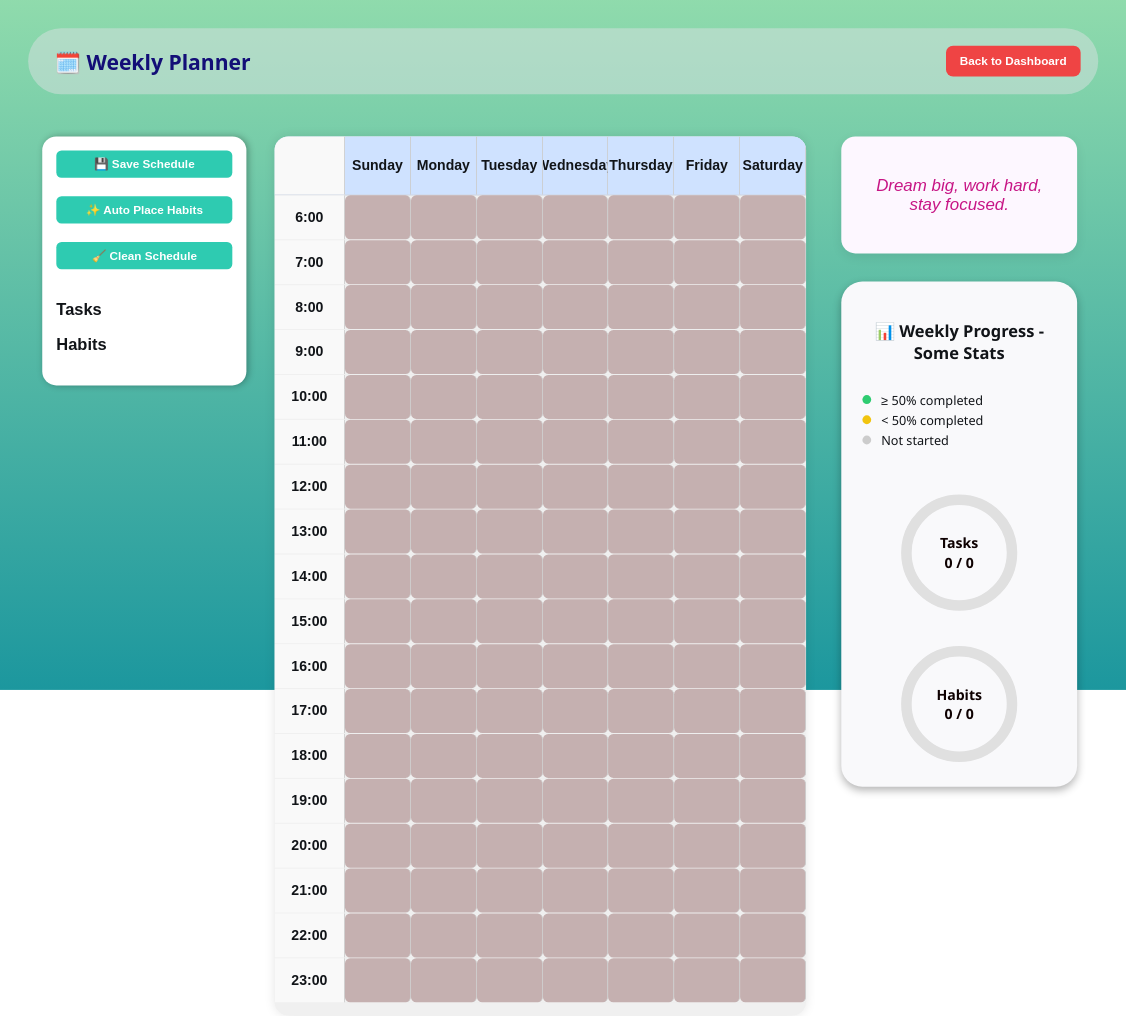
Repository: RachelB9913/smart-task-and-habit-tracker
Page: /schedule
The author's editor kept a copy of each file at every save. The page is drawn from the files as they stood at one save, then again after the next save.
The browser window is 1280 px wide. The pictures show the whole page, at 88% of full size.
The project was rebuilt for these pictures with package versions that can differ from the ones it lists, and the page was loaded fresh each time. Also part of the build but not shown: src/components/PageWrapper.js, src/components/welcome.js, src/services/api.js, src/components/Login.js, src/components/Register.js, src/components/DashBoard.js.

Above is the page before, as saved 2025-06-29 21:03:18.

### src/App.js
import { BrowserRouter as Router, Routes, Route } from 'react-router-dom';
import Welcome from './components/welcome';
import Login from './components/Login';
import Register from './components/Register';
import Dashboard from './components/DashBoard';
import SchedulePlanner from './components/SchedulePlanner';


function App() {
  return (
    <Router>
      <Routes>
        <Route path="/" element={<Welcome />} />
        <Route path="/login" element={<Login />} />
        <Route path="/register" element={<Register />} />
        <Route path="/dashboard" element={<Dashboard />} />
        <Route path="/schedule" element={<SchedulePlanner />} />
      </Routes>
    </Router>
  );
}

export default App;

### src/App.css
html, body, #root {
  height: 100%;
  margin: 0;
  padding: 0;
  box-sizing: border-box;
}

form input {
  width: 100%;
  padding: 0.75rem;
  margin-bottom: 1rem;
  border: 1px solid #ddd;
  border-radius: 0.5rem;
  font-size: 1rem;
  transition: border-color 0.2s;
}

form input:focus {
  border-color: #6366f1; /* Indigo */
  outline: none;
}

form button,
.form-container button {
  width: 100%;
  padding: 0.75rem;
  font-size: 1rem;
  color: white;
  background-color: #6d6ed0; /* Indigo */
  border: none;
  border-radius: 0.5rem;
  cursor: pointer;
  transition: background-color 0.2s;
}

form button:hover,
.form-container button:hover {
  background-color: #4f46e5; /* Darker Indigo */
}

.form-container {
  max-width: 400px;
  margin: 100px auto;
  padding: 2rem;
  background-color: white;
  border-radius: 1rem;
  box-shadow: 0 8px 20px rgba(0, 0, 0, 0.1);
  text-align: center;
}

h2 {
  margin-bottom: 1.5rem;
  color: #130e77;
  font-size: 2rem;
  font-weight: 500;

}

.welcome-root {
  font-family: 'Manrope', 'Noto Sans', sans-serif;
  background: linear-gradient(to bottom, hsl(143, 51%, 71%), #1c979e);
  color: #111418;
  min-height: 100vh;
  display: flex;
  flex-direction: column;
}

.welcome-header {
  display: flex;
  justify-content: space-between;
  align-items: center;
  padding: 0rem 2rem;
  border-bottom: 1px solid #030f21;
  background-color: rgb(255, 255, 255);
}

.logo-area {
  display: flex;
  align-items: center;
  gap: 0.5rem;
}

.nav-links, .nav-actions {
  display: flex;
  gap: 1rem;
  align-items: center;
}

.nav-links a, .footer a {
  text-decoration: none;
  font-weight: 500;
  color: #111418;
}

.nav-actions button {
  padding: 0.5rem 1rem;
  border-radius: 8px;
  border: none;
  font-weight: bold;
  cursor: pointer;
}

/* top buttons */
.nav-actions button:first-child {
  background: #0c7ff2;
  color: white;
}

.nav-actions button:first-child:hover {
  background: #0361bf; /* new hover color */
  color: #e3e3e3;      /* optional: change text color on hover */
}

.nav-actions button:last-child {
  background: #f0f2f5;
  color: #111418;
}

.nav-actions button:last-child:hover {
  background: #b5b8bd; /* new hover color */
  color: #0c7ff2;      /* optional: change text color on hover */
}

.welcome-hero {
  background: transparent;
  padding: 3rem 2rem;
  text-align: center;
  color: rgb(1, 0, 9);
}

.welcome-hero h1 {
  font-size: 2.5rem;
  font-weight: 800;
}

.hero-actions {
  margin-top: 2rem;
  display: flex;
  justify-content: center;
  gap: 1rem;
}

.hero-actions button {
  padding: 0.75rem 1.5rem;
  font-weight: bold;
  border-radius: 8px;
  border: none;
  cursor: pointer;
}

/* center buttons */
.hero-actions button:first-child {
  background-color: #0c7ff2;
  color: white;
}

.hero-actions button:first-child:hover {
  background-color: #0c7ff2;
  color: white;
  border: #0d1101 1px solid;
}

.hero-actions button:last-child {
  background-color: #f0f2f5;
  color: #111418;
}

.hero-actions button:last-child:hover {
  background-color: #f0f2f5;
  color: #111418;
  border: #0d1101 1px solid;
}

.features {
  padding: 3rem 2rem;
  text-align: center;
}

.feature-cards {
  display: flex;
  gap: 1rem;
  flex-wrap: wrap;
  justify-content: center;
  margin-top: 2rem;
}

.feature-card {
  background: white;
  padding: 1.5rem;
  border-radius: 12px;
  border: 1px solid #052246;
  max-width: 300px;
  text-align: left;
  text-align: center;
  box-shadow: 0 4px 10px rgba(0, 0, 0, 0.5);

}

.footer {
  text-align: center;
  padding: 2rem;
  font-size: 1.1rem;
  color: #0d1101;
}

.register-background {
  background: linear-gradient(to left top, hsl(143, 51%, 71%), #1c979e);
  min-height: 100vh;
  display: flex;
  align-items: center;
  justify-content: center;
}

.login-background {
  background: linear-gradient(to right bottom, hsl(143, 51%, 71%), #1c979e);
  min-height: 100vh;
  display: flex;
  align-items: center;
  justify-content: center;
}

### src/components/Auth.css
.auth-container {
  max-width: 400px;
  margin: 60px auto;
  padding: 2rem;
  background-color: #f8f9fa;
  border-radius: 12px;
  box-shadow: 0 2px 10px rgba(0, 0, 0, 0.1);
}

.auth-form {
  display: flex;
  flex-direction: column;
  gap: 1rem;
}

.auth-form input {
  padding: 0.75rem;
  border-radius: 8px;
  border: 1px solid #ccc;
  font-size: 1rem;
}

.auth-form button {
  padding: 0.75rem;
  background-color: #007bff;
  color: white;
  border: none;
  border-radius: 8px;
  font-size: 1rem;
  cursor: pointer;
}

.auth-form button:hover {
  background-color: #0056b3;
}


.dashboard-header {
  display: flex;
  justify-content: flex-end;
  padding: 20px;
}

.dashboard-header button {
  padding: 10px 16px;
  background-color: #ef4444; /* red */
  color: white;
  border: none;
  border-radius: 8px;
  font-weight: bold;
  cursor: pointer;
}

.dashboard-header button:hover {
  background-color: #ad2626;
}

.button-group {
  display: flex;
  flex-direction: column;
  gap: 10px; /* Adjust the space between buttons */
}

### src/Dashboard.css
/* Dashboard.css */

.dashboard-container {
  font-family: 'Manrope', 'Noto Sans', sans-serif;
  min-height: 100vh;
  padding: 2rem;
  transition: background-color 0.3s ease;
  color: #111418;
}

.dashboard-container.light {
  background: linear-gradient(to bottom, hsl(143, 51%, 71%), #1c979e);
}

.dashboard-header {
  display: flex;
  justify-content: space-between;
  align-items: center;
  padding: 20px;
  background-color: rgba(218, 226, 226, 0.5);
  color: #031d3e;
  border-radius: 3rem;
  margin-bottom: 2rem;
}

.header-left {
  display: flex;
  align-items: center;
  justify-content: flex-start;
  flex: 1; /* allows the left side to take up space */
}

.header-left h2 {
  margin: 0;
  padding-left: 10px;
  font-weight: 700;
  font-size: 1.5rem;
}

.toggle-button,
.bg-toggle {
  padding: 0.6rem 1.2rem;
  font-weight: bold;
  border-radius: 8px;
  border: none;
  cursor: pointer;
  font-size: 1rem;
  background-color: #0c7ff2;
  color: white;
  transition: background-color 0.2s ease;
}

.toggle-button:hover,
.bg-toggle:hover {
  background-color: #035fd0;
}

.add-button {
  width: 30px;
  height: 30px;
  border-radius: 50%;
  font-size: 20px;
  background-color: hsl(211, 69%, 59%);
  color: white;
  border: none;
  cursor: pointer;
  transition: background-color 0.3s ease;
}

.add-button:hover {
  background-color: #0056b3;
}

.toggle-button {
  display: block;
  margin: 1rem auto;
}

.task-section,
.habit-section {
  background-color: white;
  color: #111418;
  max-width: 650px;
  margin: 1rem auto;
  padding: 1rem 1.5rem;
  border-radius: 1rem;
  box-shadow: 0 6px 12px rgba(120, 8, 226, 0.1);
}

.task-section ul,
.habit-section ul {
  list-style-type: none;
  padding: 0;
}

.task-section li,
.habit-section li {
  padding: 0.5rem 0;
  border-bottom: 1px solid #ddd;
}

.task-section li:last-child,
.habit-section li:last-child {
  border-bottom: none;
}

h1 {
  text-align: center;
  font-size: 2rem;
  margin-bottom: 2rem;
  color: #031d3e;
  font-weight: 1000;
}

.logout-button {
  background-color: #e74c3c;
  color: white;
  border: none;
  padding: 8px 12px;
  border-radius: 5px;
  cursor: pointer;
}

.logout-button:hover {
  background-color: #c0392b;
}

.form-popup-overlay {
  position: fixed;
  top: 0;
  left: 0;
  height: 100vh;
  width: 100vw;
  background: rgba(0, 0, 0, 0.3);
  display: flex;
  align-items: center;
  justify-content: center;
  z-index: 999;
}

.form-popup {
  background: white;
  padding: 2rem;
  border-radius: 1rem;
  box-shadow: 0 0 20px rgba(0,0,0,0.2);
  display: flex;
  flex-direction: column;
  gap: 1rem;
  width: 300px;
}

.task-item {
  padding: 0.5rem 0;
  border-bottom: 1px solid #ddd;
}

.task-content {
  display: flex;
  align-items: flex-start;
}

.task-content input[type="checkbox"] {
  margin-top: 0.7rem;
  margin-left: 0.9rem;
  transform: scale(1.2);
  cursor: pointer;
}

.task-details {
  flex: 1;
  padding: 0.5rem 0.75rem; /* ← Add this for internal spacing */
  border-radius: 0.5rem;
}

.task-done {
  opacity: 0.5;
  text-decoration: line-through;
}

.task-item {
  background-color: white;
  margin-bottom: 0.5rem;
  border-radius: 0.5rem;
  box-shadow: 0 1px 3px rgba(0,0,0,0.1);
  transition: transform 0.2s ease;
}

.task-actions {
  display: flex;
  flex-direction: column;
  gap: 0.3rem;
}

.edit-button, .delete-button {
  background: none;
  border: black;
  border-radius: 0.5rem;
  cursor: pointer;
  font-size: 1rem;
  transition: color 0.2s;
}

.edit-button:hover {
  color: #0a58ca;
}

.delete-button:hover {
  color: #dc3545;
}

.task-section li strong,
.habit-section li strong {
  font-weight: 700;
  font-size: 1rem;
  color: #031d3e;
}

.task-section li em,
.habit-section li em {
  font-style: italic;
  color: #555;
}

.task-section li,
.habit-section li {
  font-family: 'Manrope', 'Noto Sans', sans-serif;
  font-size: 0.95rem;
  font-weight: lighter;
}

### src/components/SchedulePlanner.css
.stats-wrapper {
  display: flex;
  flex-direction: column;
  gap: 1.5rem;
  align-items: center;
  padding: 1rem;
}

.quote-panel {
  background-color: #fdf7ff;
  color: mediumvioletred;
  padding: 1.5rem;
  border-radius: 16px;
  text-align: center;
  box-shadow: 0 4px 12px rgba(0, 0, 0, 0.08);
  font-size: 1.2rem;
  font-style: italic;
  display: flex;
  justify-content: center;
  align-items: center;
  min-height: 85px;
  width: 100%;
  max-width: 220px;
}

.quote-panel:hover {
  color: #1f16cd;
}

.stats-wrapper .stats-panel {
  width: 100%;
  max-width: 220px;
}

.planner-container {
  display: flex;
  height: calc(100vh - 120px);
  font-family: 'Manrope', sans-serif;
}

.task-sidebar {
  flex-shrink: 0;
  width: 200px;
  background: white;
  padding: 1rem;
  box-shadow: 2px 0 8px rgba(0,0,0,0.3);
  border-radius: 1rem;
  margin: 1rem;
  height: fit-content;
}

.task-item {
  background: hsl(210, 34%, 76%);
  color: #031d3e;
  margin: 0.5rem 0;
  padding: 0.6rem;
  border-radius: 10px;
  font-weight: 600;
  box-shadow: 0 2px 4px rgba(0,0,0,0.1);
}

:root {
  --cell-height: 55.5px;
}

.calendar-grid {
  display: grid;
  grid-template-rows: repeat(var(--row-count), 1fr);
  height: calc(var(--row-count) * var(--cell-height));
  flex: 1;
  overflow: auto;
  margin: 1rem;
  border-radius: 1rem;
  background: rgb(240, 240, 240);
  box-shadow: 0 0 12px rgba(0, 0, 0, 0.1);
}


.grid-header {
  display: grid;
  grid-template-columns: 80px repeat(7, 1fr); /* hour + 7 days */
  background: #cfe2ff;
  font-weight: bold;
  border-bottom: 1px solid #ccc;
}

.grid-body .row {
  display: grid;
  grid-template-columns: 80px repeat(7, 1fr); /* same as above */
  border-bottom: 1px solid #eee;
}

.cell {
  padding: 0.5rem;
  border-right: 1px solid #ccc;
  overflow: hidden;
}

.hour-cell {
  display: flex;
  align-items: center;
  justify-content: center;
  background: #f9f9f9;
  font-weight: bold;
  border-right: 1px solid #ccc;
}

.time-slot {
  background-color: #c5b0b0;
  border-radius: 6px;
  height: 50px;
  display: flex;
  justify-content: center;
  align-items: center;
  padding: 0;
}

.time-slot:hover {
  background-color: #e7f5ff;
  cursor: pointer;
}

.day-cell {
  display: flex;
  align-items: center;
  justify-content: center;
  text-align: center;
  background: #cfe2ff;
  border-right: 1px solid #ccc;
  height: 50px;
  font-weight: 600;
}

.scheduled-task {
  background-color: #a8dadc;
  border: 1px solid #3dbd19;
  padding: 2px 6px;
  border-radius: 6px;
  font-weight: 500;
  font-size: 0.8rem;
  text-align: center;
  display: flexbox;
  justify-content: space-between;
  align-items: center;
  overflow: hidden;
  text-overflow: ellipsis;
}

.scheduled-task.habit-task {
  background-color: #a8dadc;
  border: 1px solid #7e2fbe;
  padding: 2px 5px;
  border-radius: 6px;
  font-weight: 500;
  font-size: 0.8rem;
  text-align: center;
  display: flexbox;
  justify-content: space-between;
  align-items: center;
  overflow: hidden;
  text-overflow: ellipsis;
}

.done-task {
  background-color: #90ee90 !important; /* light green for done tasks */
  border: 1px solid #3dbd19 !important;
}

.remove-btn {
  background: none;
  border: none;
  color: #d00000;
  font-size: 0.8rem;
  cursor: pointer;
  margin-left: 0rem;
  margin-right: 0.6rem;
}

.grayed-out {
  opacity: 0.5;
  pointer-events: none;
}

.save-button {
  margin-bottom: 1rem;
  padding: 0.5rem 1rem;
  background-color: #2ecbb1;
  color: white;
  border: none;
  border-radius: 6px;
  font-weight: bold;
  cursor: pointer;
  transition: background-color 0.2s ease;
}

.save-button:hover {
  background-color: #137969;
}

.save-button-container {
  display: flex;
  justify-content: center;
  margin-bottom: 1rem;
}

.mark-done-btn {
  background: none;
  border: none;
  color: green;
  font-size: 1rem;
  cursor: pointer;
}

.vertical-buttons {
  display: flex;
  flex-direction: column;
  gap: 5px;
}

.habit-icons {
  display: flex;
  gap: 4px;
}
.duplicate-btn {
  background: none;
  border: none;
  font-size: 1rem;
  cursor: pointer;
}

.modal-overlay {
  position: fixed;
  top: 0;
  left: 0;
  width: 100%;
  height: 100%;
  backdrop-filter: blur(6px);
  background-color: rgba(0, 0, 0, 0.3);
  display: flex;
  align-items: center;
  justify-content: center;
  z-index: 1000;
  padding: 1rem;
}

.modal-content {
  background-color: white;
  padding: 2rem;
  border-radius: 12px;
  box-shadow: 0 8px 24px rgba(0, 0, 0, 0.2);
  text-align: center;
  animation: fadeIn 0.3s ease;
  min-width: 15vw;
  max-width: 70vw;
  min-height: 100px;
  padding: 2rem;
  font-size: larger;
}

@media (max-width: 600px) {
  .modal-content {
    min-width: 90vw;
    padding: 0.5rem;
  }
}

.modal-buttons {
  margin-top: 1rem;
  display: flex;
  justify-content: space-around;
  gap: 1rem;
}

.confirm-btn, .cancel-btn {
  padding: 0.6rem 1.2rem;
  border-radius: 8px;
  border: none;
  cursor: pointer;
  font-size: medium;
  font-weight: bold;
  transition: background-color 0.2s ease;
}

.confirm-btn {
  background-color: #4CAF50;
  color: white;
  font-weight: lighter;
}

.cancel-btn {
  background-color: #f44336;
  color: white;
  font-weight: lighter;
}

.confirm-btn:hover {
  background-color: #45a049;
}

.cancel-btn:hover {
  background-color: #d32f2f;
}

@keyframes fadeIn {
  from { opacity: 0; transform: scale(0.9); }
  to { opacity: 1; transform: scale(1); }
}

.stat-circle.full-gold {
  background-color: gold;
  border-radius: 50%;
  padding: 0.3rem;
}

@media (max-width: 900px) {
  .planner-container {
    flex-direction: column;

    height: auto;
  }
  .task-sidebar, .calendar-grid {
    max-width: 100%;
    margin: 0.5rem 0;
  }
  .stats-panel {
    width: 100%;
    max-width: 230px;
    min-width: 180px;
    box-sizing: border-box;
  }
}

### src/components/StatisticsPanel.css
.stat-label {
  position: absolute;
  top: 0;
  left: 0;
  width: 100%;
  height: 100%;
  display: flex;
  flex-direction: column;
  align-items: center;
  justify-content: center;
  font-weight: bold;
  font-size: 1rem;
  color: #0e0101;
}

.stats-panel {
  position: sticky;
  top: 1rem;
  align-self: flex-start;
  background: #f9f9fb;
  border-radius: 1.5rem;
  box-shadow: 0 4px 10px rgba(0, 0, 0, 0.3);
  font-family: 'Segoe UI', sans-serif;
  padding: 1.5rem;
  margin: 0.5rem;
  display: flex;
  flex-direction: column;
  gap: 2rem;
  max-width: 230px;
}

.stat-circle {
  position: relative;
  width: 140px;
  height: 140px;
  margin: 0 auto;
}

.stat-circle svg {
  transform: rotate(-90deg);
  width: 100%;
  height: 100%;
}

.stat-bg,
.stat-fill {
  fill: none;
  stroke-width: 12;
  stroke-linecap: round;
}

.stat-bg {
  stroke: #e0e0e0;
}

.stat-fill {
  fill: none;
  stroke-width: 12;
  stroke-linecap: round;
  transition: stroke-dashoffset 0.5s ease;
}

.stat-label {
  position: absolute;
  top: 50%;
  left: 50%;
  transform: translate(-50%, -50%);
  text-align: center;
}

.stat-label strong {
  display: block;
  font-size: 1.1rem;
  color: #333;
}

.progress-ring circle {
  transition: stroke-dashoffset 0.6s ease-out;
}

.stats-circle {
  position: relative;
  cursor: help;
}
.stats-circle:hover::after {
  content: attr(data-tooltip);
  position: absolute;
  top: -1.5rem;
  left: 50%;
  transform: translateX(-50%);
  background: #444;
  color: #fff;
  padding: 0.3em 0.5em;
  border-radius: 4px;
  font-size: 0.8rem;
  white-space: nowrap;
  z-index: 10;
}

.legend {
  display: flex;
  flex-direction: column;
  gap: 4px;
  margin-top: -1rem;
  margin-bottom: 1rem;
  align-items: flex-start;
}

.legend-item {
  display: flex;
  align-items: center;
  gap: 0.4rem;
  font-size: 0.9rem;
}

.dot {
  display: inline-block;
  width: 10px;
  height: 10px;
  margin-right: 5px;
  border-radius: 50%;
}
.green { background: #2ecc71; }
.yellow { background: #f1c40f; }
.gray { background: #ccc; }

.celebration-message {
  margin-top: 0rem;
  font-weight: bold;
  font-size: 1.1rem;
  color: #27ae60;
  text-align: center;
  animation: pop 0.6s ease;
}

@keyframes pop {
  0% { transform: scale(0.8); opacity: 0; }
  50% { transform: scale(1.1); opacity: 1; }
  100% { transform: scale(1); }
}

Loaded but not shown: public/index.html (common file); src/index.js (common file); src/index.css (common file); src/reportWebVitals.js (common file); src/components/SchedulePlanner.js (688 lines, source omitted); src/components/StatisticsPanel.js (169 lines, source omitted)

After the next save:
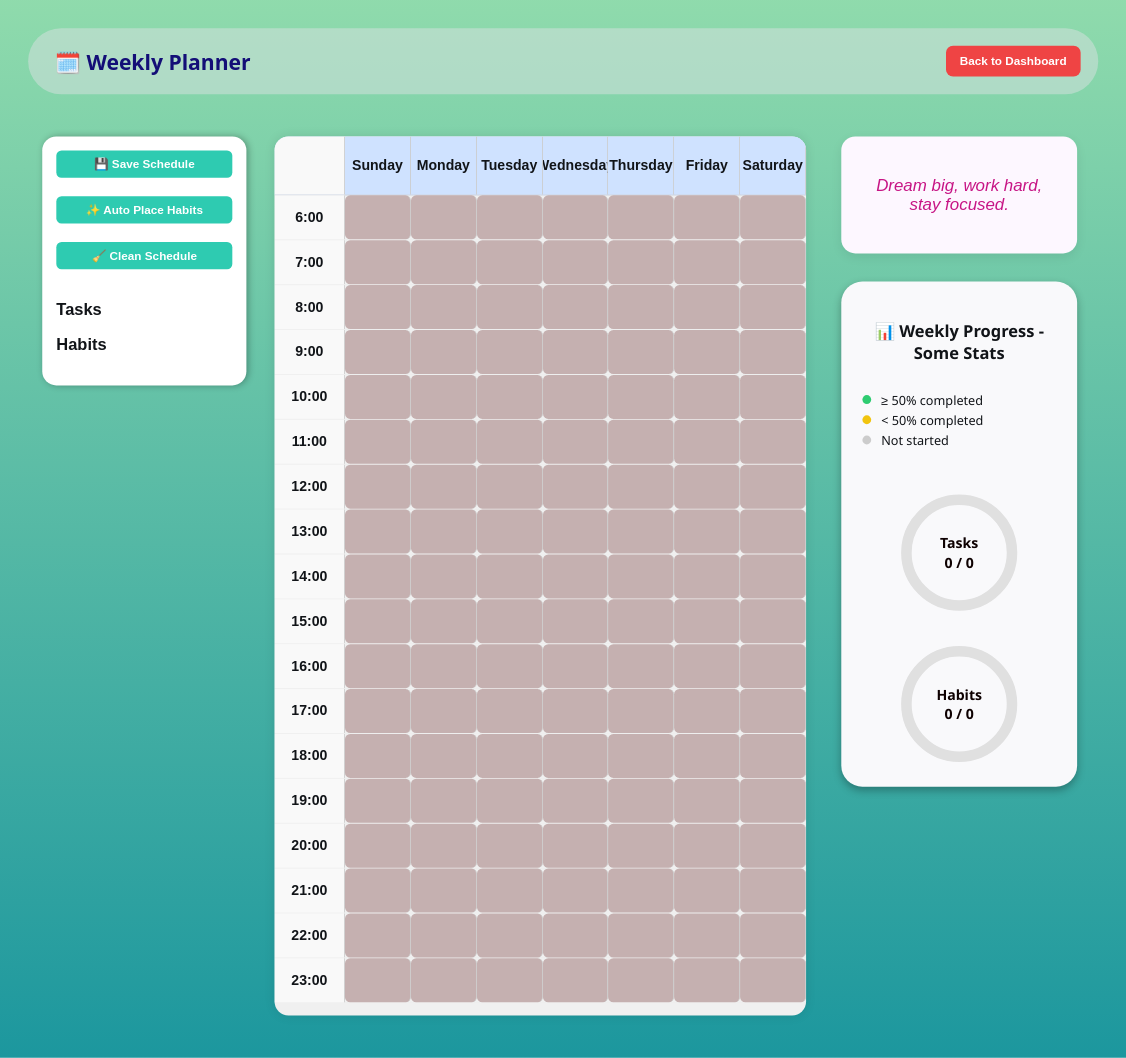
Saved 67 s later.
--- a/src/components/SchedulePlanner.css
+++ b/src/components/SchedulePlanner.css
@@ -34,7 +34,10 @@
 
 .planner-container {
   display: flex;
-  height: calc(100vh - 120px);
+  align-items: stretch;
+  height: auto;
+  min-height: calc(100vh - 120px);
+  /* min-height: calc(var(--row-count) * var(--cell-height)); */
   font-family: 'Manrope', sans-serif;
 }
 
